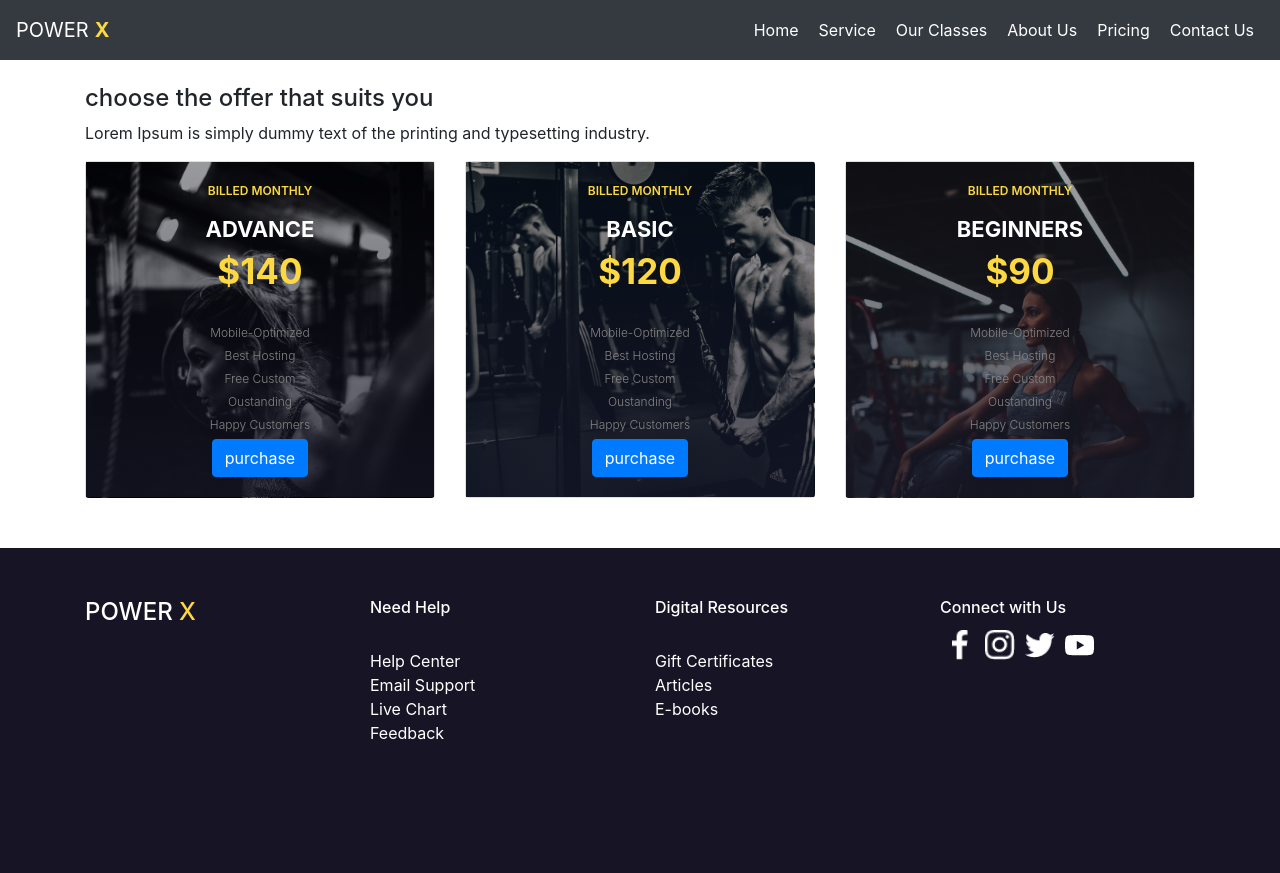
Repository: arif286/power-x-gym
Page: /pricing
An editor plug-in stored every save of this project. The page is shown before and after the next save, followed by the edit.
The browser window is 1280 px wide. The pictures show the whole page.
The project was rebuilt for these pictures with package versions that can differ from the ones it lists, and the page was loaded fresh each time. Also part of the build but not shown: src/components/Classes/Classes.js, src/components/About/About.js, src/components/ChooseUs/ChooseUs.js, src/components/Programs/Programs.css, src/components/Programs/Programs.js, src/components/WorkOut/WorkOut.css, src/components/WorkOut/WorkOut.js, src/components/Home/Home.js.

Above is the page before, as saved 2021-04-07 23:42:12.

After the next save:
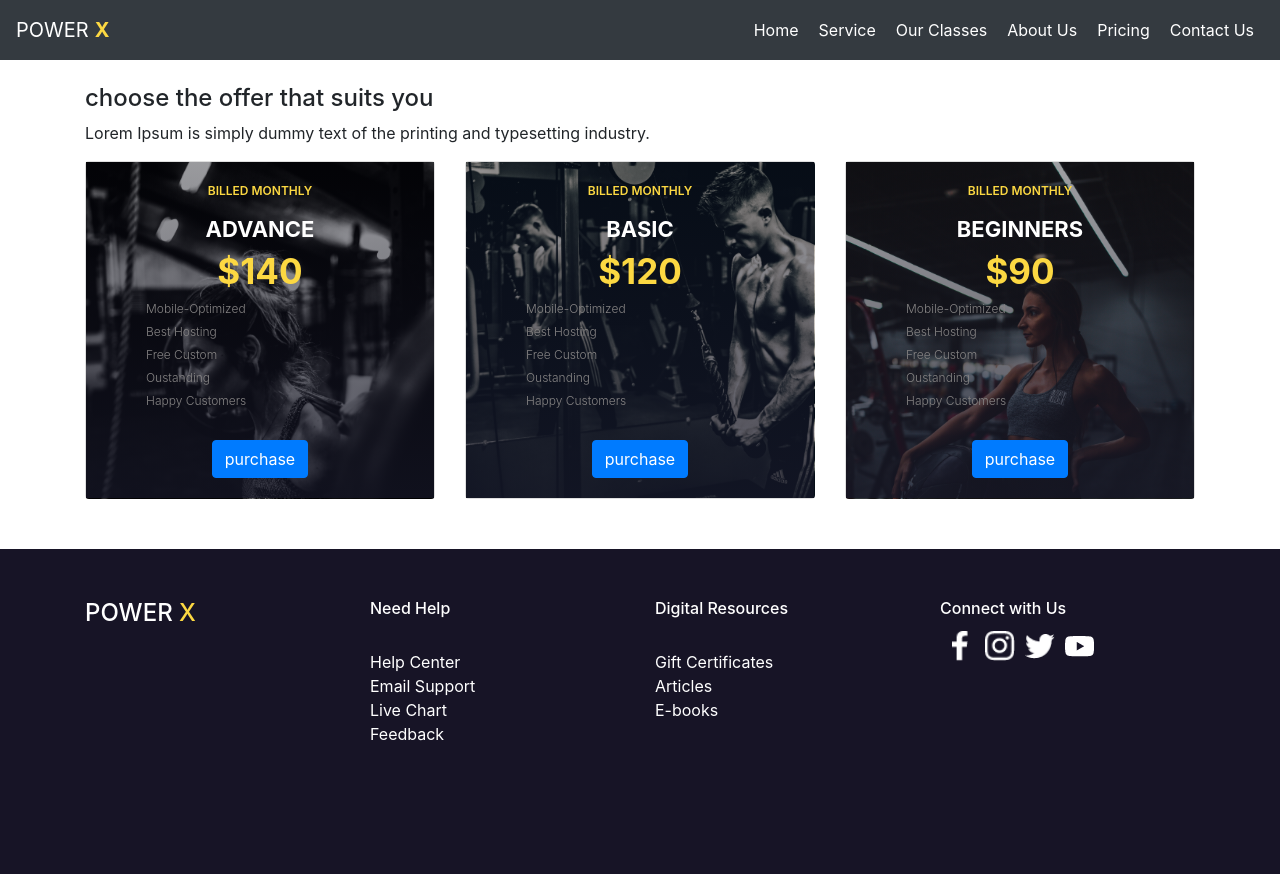
Saved 62 s later.
--- a/src/components/PricingPlan/PricingPlan.css
+++ b/src/components/PricingPlan/PricingPlan.css
@@ -35,7 +35,7 @@
 .price-plan {
   list-style: none;
   margin-bottom: 25px;
-  display: inline;
+  text-align: justify;
   overflow: hidden;
 }
 .price-plan li {
